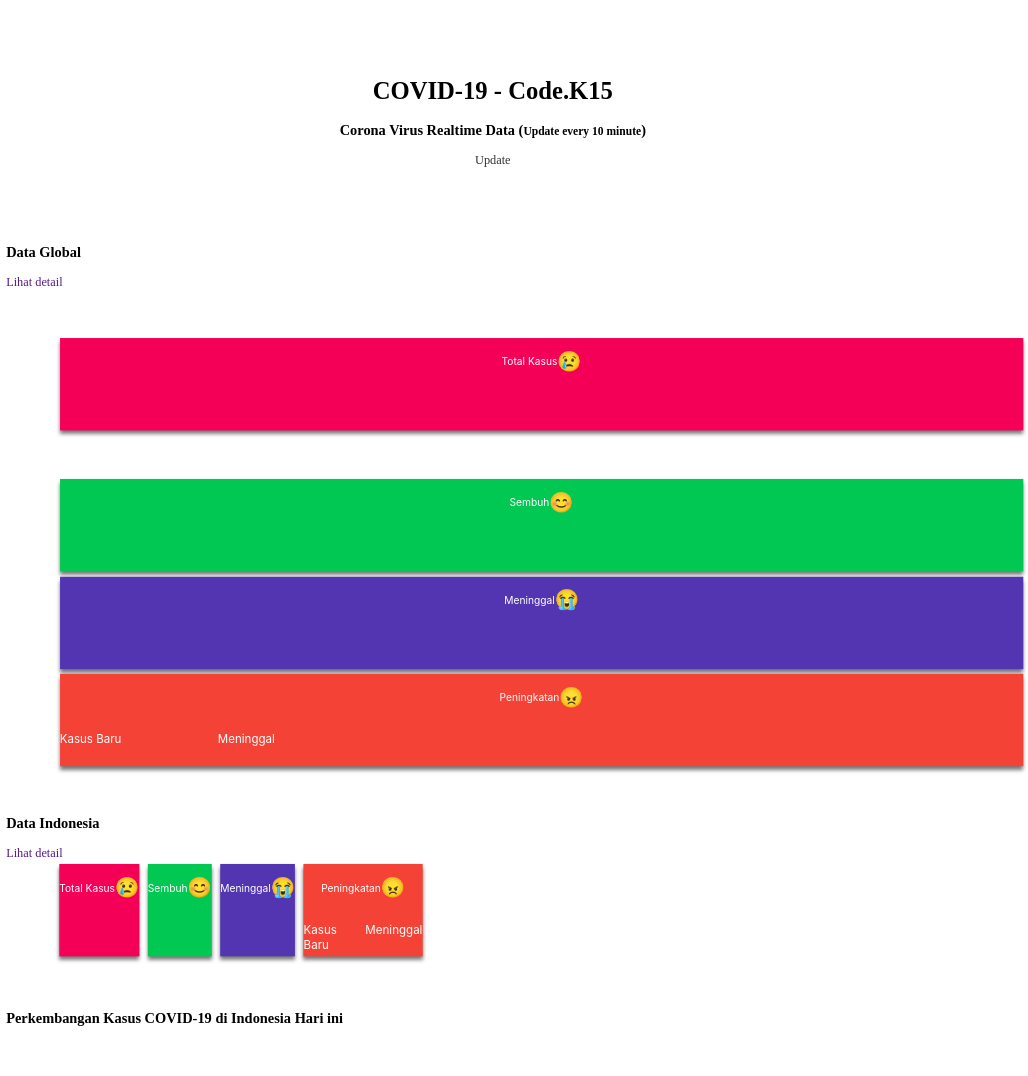
Repository: fathur15/covid19-monitoring
Page: http://localhost/covid19/apps/views/data/main/dashboard.php
The author's editor kept a copy of each file at every save. The page is drawn from the files as they stood at one save, then again after the next save.
The browser window is 1280 px wide. The page is 1335 px wide, so the pictures cover 1335 px, including what lies to the right of the window. The pictures show the whole page, at 77% of full size.
The page is run by PHP 8.4 with error messages shown; the project is at /var/www/html/.

Above is the page before, as saved 2020-04-14 13:58:08.

### apps/views/data/main/dashboard.php

<style>

    #resumeGlobal p, h5{
        color: white;
        font-weight: 400;
        font-family: -apple-system, BlinkMacSystemFont, 'Segoe UI', Roboto, Oxygen, Ubuntu, Cantarell, 'Open Sans', 'Helvetica Neue', sans-serif
    }
    #resumeIndonesia p, h5{
        color: white;
        font-weight: 400;
        font-family: -apple-system, BlinkMacSystemFont, 'Segoe UI', Roboto, Oxygen, Ubuntu, Cantarell, 'Open Sans', 'Helvetica Neue', sans-serif
    }
    .shadow-box{
        -webkit-box-shadow: 0 15px 10px #777;
        -moz-box-shadow: 0 15px 10px #777;
        box-shadow: 0 5px 5px #777;

    }
    .content-main-wrapper{
        margin: 5% 0;
    }
    /* .shadow-box:after{
        -webkit-transform: rotate(3deg);
        -moz-transform: rotate(3deg);
        -o-transform: rotate(3deg);
        -ms-transform: rotate(3deg);
        transform: rotate(3deg);
        right: 10px;
        left: auto;
    } */

</style>
<div class="content">
    <div class="heading" style="margin: 100px 30%; text-align: center">
        <h1>COVID-19 - Code.K15</h1>
        <h3>Corona Virus Realtime Data (<small style="font-size: 15px">Update every 10 minute</small>)</h3>
        <p id="date-update" style="color: #353030;">Update</p>
    </div>
    <div class="main">
        <div class="container">
            <div class="row content-main-wrapper">
                <div class="head-main-content">
                    <h3>Data Global</h3>
                    <a style="text-decoration: none" href="">Lihat detail  <i class="fas fa-long-arrow-alt-right" aria-hidden="true"></i></a>
                </div>
                <div id="resumeGlobal" class="" style="width: 100%; margin: 0 5%" >
                    <div class="row">
                        <div class="card col-sm-3 shadow-box" style="background: #f50057; margin:5% 0.5%; align-items: center; height: 120px ">
                            <div class="card-body">
                                <div style="flex-direction: row; display: flex; justify-content: center; align-items: center">
                                    <h5 id="title-kasus-global" class="card-text">Total Kasus</h5>
                                    <span style="color: black; font-size: 25px; text-shadow: 0 0 0 yellow">&#x1F622</span>
                                </div>
                                <p class="card-text" id="kasus-global"></p>
                            </div>
                        </div>
                        <div class="card col-sm-3 shadow-box" style="background: #00c853; margin: 0.5%; align-items: center; height: 120px ">
                            <div class="card-body">
                                <div style="flex-direction: row; display: flex; justify-content: center; align-items: center">
                                    <h5 id="title-kasus-global" class="card-text">Sembuh</h5>
                                    <span style="color: black; font-size: 25px; text-shadow: 0 0 0 yellow">&#x1F60A</span>
                                </div>
                                <p class="card-text" id="sembuh-global"></p>
                                <!-- <p style="">Orang</p> -->
                            </div>
                        </div>
                        <div class="card col-sm-3 shadow-box" style="margin: 0.5%; height: 120px;align-items: center;  background :#5335b1">
                            <div class="card-body">
                                <div style="flex-direction: row; display: flex; justify-content: center; align-items: center;">
                                    <h5 id="title-kasus-global" class="card-text">Meninggal</h5>
                                    <span style="color: black; font-size: 25px; text-shadow: 0 0 0 yellow">&#x1F62D</span>
                                </div>
                                <p class="card-text" id="meninggal-global"></p>
                                <!-- <p style="">Orang</p> -->
                            </div>
                        </div>
                        <div class="card col-sm-3 shadow-box" style="margin: 0.5%; height: 120px; background: #f44336">
                            <div class="card-body">
                                <div style="flex-direction: row; display: flex; justify-content: center; align-items: center;">
                                    <h5 id="title-kasus-global" class="card-text">Peningkatan</h5>
                                    <span style="color: black; font-size: 25px; text-shadow: 0 0 0 yellow">&#x1F620</span>
                                </div>
                                <div style="flex-direction: row; display: flex;">
                                    <p style="font-size: 15px">Kasus Baru</p>
                                    <p style="margin-left: 10%; font-size: 15px">Meninggal </p>
                                </div>
                                <div style="display: flex; margin-top: -9%">
                                    <p style="font-size: 15px" class="card-text" id="kasus-baru-global"></p>
                                    <p style="margin-left: 10%; font-size: 15px" class="card-text" id="meninggal-baru-global"></p>
                                </div>
                            </div>
                        </div>
                    </div>
                </div>
            </div>
            <div class="row content-main-wrapper" >
                <div class="head-main-content">
                    <h3>Data Indonesia</h3>
                    <a style="text-decoration: none" href="">Lihat detail  <i class="fas fa-long-arrow-alt-right" aria-hidden="true"></i></a>
                </div>
                <div  id="resumeIndonesia" class="" style="width: 90%; display: flex; margin: 0 5%;" >
                    <div class="card col-sm-3 shadow-box" style="background: #f50057; margin: 0.5%; align-items: center; height: 120px ">
                        <div class="card-body">
                            <div style="flex-direction: row; display: flex; justify-content: center; align-items: center">
                                <h5 id="title-kasus-indonesia" class="card-text">Total Kasus</h5>
                                <span style="color: black; font-size: 25px; text-shadow: 0 0 0 yellow">&#x1F622</span>
                            </div>
                            <p style="font-size: 14px" class="card-text" id="kasus-indonesia"></p>
                        </div>
                    </div>
                    <div class="card col-sm-3 shadow-box" style="background: #00c853; margin: 0.5%; align-items: center; height: 120px ">
                        <div class="card-body">
                            <div style="flex-direction: row; display: flex; justify-content: center; align-items: center">
                                <h5 id="title-kasus-indonesia" class="card-text">Sembuh</h5>
                                <span style="color: black; font-size: 25px; text-shadow: 0 0 0 yellow">&#x1F60A</span>
                            </div>
                            <p class="card-text" id="sembuh-indonesia"></p>
                        </div>
                    </div>
                    <div class="card col-sm-3 shadow-box" style="margin: 0.5%; height: 120px;align-items: center;  background :#5335b1">
                        <div class="card-body">
                            <div style="flex-direction: row; display: flex; justify-content: center; align-items: center;">
                                <h5 id="title-kasus-indonesia" class="card-text">Meninggal</h5>
                                <span style="color: black; font-size: 25px; text-shadow: 0 0 0 yellow">&#x1F62D</span>
                            </div>
                            <p class="card-text" id="meninggal-indonesia"></p>
                        </div>
                    </div>
                    <div class="card col-sm-3 shadow-box" style="margin: 0.5%; height: 120px; background: #f44336">
                        <div class="card-body">
                            <div style="flex-direction: row; display: flex; justify-content: center; align-items: center;">
                                <h5 id="title-kasus-indonesia" class="card-text">Peningkatan</h5>
                                <span style="color: black; font-size: 25px; text-shadow: 0 0 0 yellow">&#x1F620</span>
                            </div>
                            <div style="flex-direction: row; display: flex;">
                                <p style="font-size: 15px">Kasus Baru</p>
                                <p style="margin-left: 10%; font-size: 15px">Meninggal </p>
                            </div>
                            <div style="display: flex; margin-top: -9%">
                                <p style="font-size: 15px" class="card-text" id="kasus-baru-indonesia"></p>
                                <p style="margin-left: 10%; font-size: 15px" class="card-text" id="meninggal-baru-indonesia"></p>
                            </div>
                        </div>
                    </div>
                </div>
            </div>
            <div class="row content-main-wrapper" >
                 <div class="head-main-content">
                    <h3>Perkembangan Kasus COVID-19 di Indonesia Hari ini</h3>
                </div>
            </div>
        </div>
    </div>
</div>

After the next save:
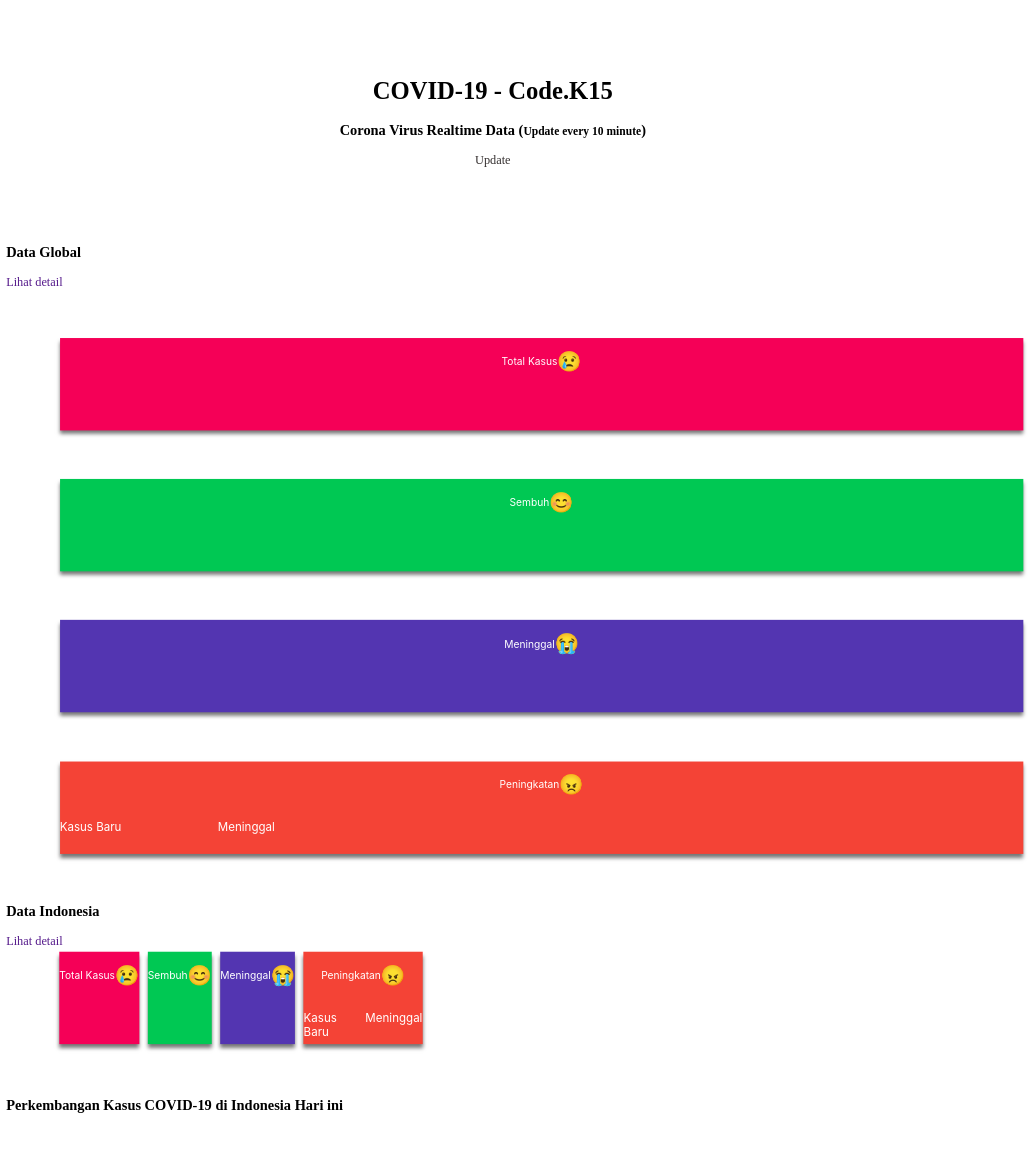
Saved 74 s later.
--- a/apps/views/data/main/dashboard.php
+++ b/apps/views/data/main/dashboard.php
@@ -55,7 +55,7 @@
                                 <p class="card-text" id="kasus-global"></p>
                             </div>
                         </div>
-                        <div class="card col-sm-3 shadow-box" style="background: #00c853; margin: 0.5%; align-items: center; height: 120px ">
+                        <div class="card col-sm-3 shadow-box" style="background: #00c853; margin: 5% 0.5%; align-items: center; height: 120px ">
                             <div class="card-body">
                                 <div style="flex-direction: row; display: flex; justify-content: center; align-items: center">
                                     <h5 id="title-kasus-global" class="card-text">Sembuh</h5>
@@ -65,7 +65,7 @@
                                 <!-- <p style="">Orang</p> -->
                             </div>
                         </div>
-                        <div class="card col-sm-3 shadow-box" style="margin: 0.5%; height: 120px;align-items: center;  background :#5335b1">
+                        <div class="card col-sm-3 shadow-box" style="margin:5% 0.5%; height: 120px;align-items: center;  background :#5335b1">
                             <div class="card-body">
                                 <div style="flex-direction: row; display: flex; justify-content: center; align-items: center;">
                                     <h5 id="title-kasus-global" class="card-text">Meninggal</h5>
@@ -75,7 +75,7 @@
                                 <!-- <p style="">Orang</p> -->
                             </div>
                         </div>
-                        <div class="card col-sm-3 shadow-box" style="margin: 0.5%; height: 120px; background: #f44336">
+                        <div class="card col-sm-3 shadow-box" style="margin:5% 0.5%; height: 120px; background: #f44336">
                             <div class="card-body">
                                 <div style="flex-direction: row; display: flex; justify-content: center; align-items: center;">
                                     <h5 id="title-kasus-global" class="card-text">Peningkatan</h5>
